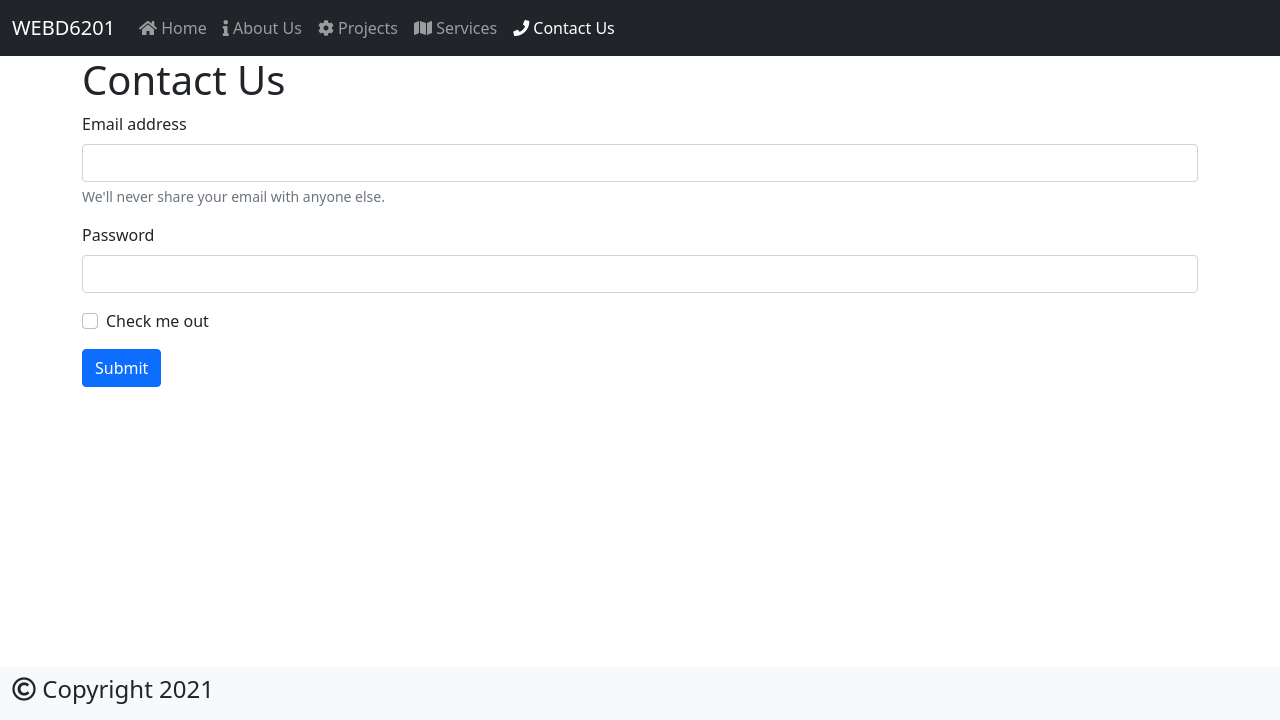
Repository: spencernewellevans/WEBD6201-ICE01
Page: contact.html
An editor plug-in stored every save of this project. The page is shown before and after the next save, followed by the edit.
The browser window is 1280 px wide. The pictures show the whole page.

Above is the page before, as saved 2021-01-22 19:22:12.

### contact.html
<!DOCTYPE html>
<html lang="en">
<head>
    <meta charset="UTF-8">
    <meta name="viewport" content="width=device-width, initial-scale=1.0">
    <title>Contact</title>
    <!-- CSS Section-->
    <link rel="stylesheet" href="./node_modules/bootstrap/dist/css/bootstrap.min.css">
    <link rel="stylesheet" href="./node_modules/@fortawesome/fontawesome-free/css/all.min.css">
    <link rel="stylesheet" href="./Content/app.css">
</head>
<body>
    <!-- Main Header -->
    <header>
        <!-- Main Navigation -->
        <nav class="navbar navbar-expand-lg navbar-dark bg-dark">
            <div class="container-fluid">
              <a class="navbar-brand" href="#=index.html">WEBD6201</a>
              <button class="navbar-toggler" type="button" data-bs-toggle="collapse" data-bs-target="#navbarSupportedContent" aria-controls="navbarSupportedContent" aria-expanded="false" aria-label="Toggle navigation">
                <span class="navbar-toggler-icon"></span>
              </button>
              <div class="collapse navbar-collapse" id="navbarSupportedContent">
                <ul class="navbar-nav me-auto mb-2 mb-lg-0">
                  <li class="nav-item">
                    <a class="nav-link" aria-current="page" href="index.html"><i class="fas fa-home fa-large"></i> Home</a>
                  </li>

                  <li class="nav-item">
                    <a class="nav-link" aria-current="page" href="about.html"><i class="fas fa-info fa-large"></i> About Us</a>
                  </li>

                  <li class="nav-item">
                    <a class="nav-link" aria-current="page" href="projects.html"><i class="fas fa-cog fa-large"></i> Projects</a>
                  </li>

                  <li class="nav-item">
                    <a class="nav-link" aria-current="page" href="services.html"><i class="fas fa-map fa-large"></i> Services</a>
                  </li>

                  <li class="nav-item">
                    <a class="nav-link active" aria-current="page" href="contact.html"><i class="fas fa-phone fa-large"></i> Contact Us</a>
                  </li>
                </ul>
              </div>
            </div>
          </nav>
    </header>

    <!-- Main Content -->
    <main class="container">
        <h1>Contact Us</h1>

        <form>
          <div class="mb-3">
            <label for="exampleInputEmail1" class="form-label">Email address</label>
            <input type="email" class="form-control" id="exampleInputEmail1" aria-describedby="emailHelp">
            <div id="emailHelp" class="form-text">We'll never share your email with anyone else.</div>
          </div>
          <div class="mb-3">
            <label for="exampleInputPassword1" class="form-label">Password</label>
            <input type="password" class="form-control" id="exampleInputPassword1">
          </div>
          <div class="mb-3 form-check">
            <input type="checkbox" class="form-check-input" id="exampleCheck1">
            <label class="form-check-label" for="exampleCheck1">Check me out</label>
          </div>
          <button type="submit" class="btn btn-primary">Submit</button>
        </form>

    </main>

    <!-- Main Footer -->
    <footer>
        <nav class="navbar fixed-bottom navbar-light bg-light">
            <div class="container-fluid">
              <h4><i class="far fa-copyright fa-large"></i> Copyright 2021</h4>
            </div>
          </nav>
    </footer>

    <!-- Script Section -->
    <script src="./node_modules/jquery/dist/jquery.min.js"></script>
    <script src="./node_modules/bootstrap/dist/js/bootstrap.bundle.min.js"></script>
    <script src="./Scripts/app.js"></script>
</body>
</html>

### content/app.css
/* Custom CSS goes here */

### scripts/app.js
/* Custom JavaScript goes here */

// IIFE - Immediately Invoked Function Expression
// Anonymous self-executing expression
// limits scope leak

"use strict";

(function()
{
    function displayHome()
    {
        let paragraphOneText = "This is a simple site to demonstrate DOM manipulation for ICE 1";

        let paragraphOneElement = document.getElementById("paragraphOne");

        paragraphOneElement.textContent = paragraphOneText;
        paragraphOneElement.className = "fs-5"

        // CREATION
        // Step 1. create the element
        let newParagraph = document.createElement("p");
        // Step 2. configure the element
        newParagraph.setAttribute("id","paragraphTwo");
        newParagraph.textContent = "...And this is paragraph two"
        // Step 3. select parent element
        let mainContent = document.getElementsByTagName("main")[0];
        // Step 3. insert the element
        mainContent.appendChild(newParagraph);
        newParagraph.className = "fs-6";

        let paragraphDiv = document.createElement("div");
        let paragraphThree =  `<p id="paragraphThree" class="fs-7 fw-bold">And this is the third paragraph</p>`;
        paragraphDiv.innerHTML = paragraphThree;

        // INSERTION
        // insertion before a node example
        //newParagraph.before(paragraphDiv);

        // insertion after a node example
        newParagraph.after(paragraphDiv);

        // DELETION
        // example of removing a single element
        //paragraphOneElement.remove();

        // removeChild example
        mainContent.removeChild(paragraphOneElement);

        // MODIFICATION
        //mainContent.firstElementChild.textContent = "Welcome Home!"
        mainContent.innerHTML =
        `<h1 id="firstHeading">Welcome to WEBD6201 - Lab 1</h1>
        <p id="paragraphOne" class="fs-3">This is the first paragraph</p>
        `;
    }

    function displayAbout()
    {

    }

    function displayProjects()
    {

    }

    function displayServices()
    {

    }

    function displayContact()
    {

    }

    function Start()
    {
        console.log("App Started...");

        switch (document.title)
        {
          case "Home":
            displayHome();
            break;
          case "About":
            displayAbout();
            break;
          case "Projects":
            displayProjects();
            break;
          case "Services":
            displayServices();
            break;
          case "Contact":
            displayContact();
            break;
        }



    }

    window.addEventListener("load", Start);

})();

Loaded but not shown: node_modules/bootstrap/dist/css/bootstrap.min.css (library); node_modules/@fortawesome/fontawesome-free/css/all.min.css (library); node_modules/jquery/dist/jquery.min.js (library); node_modules/bootstrap/dist/js/bootstrap.bundle.min.js (library)

After the next save:
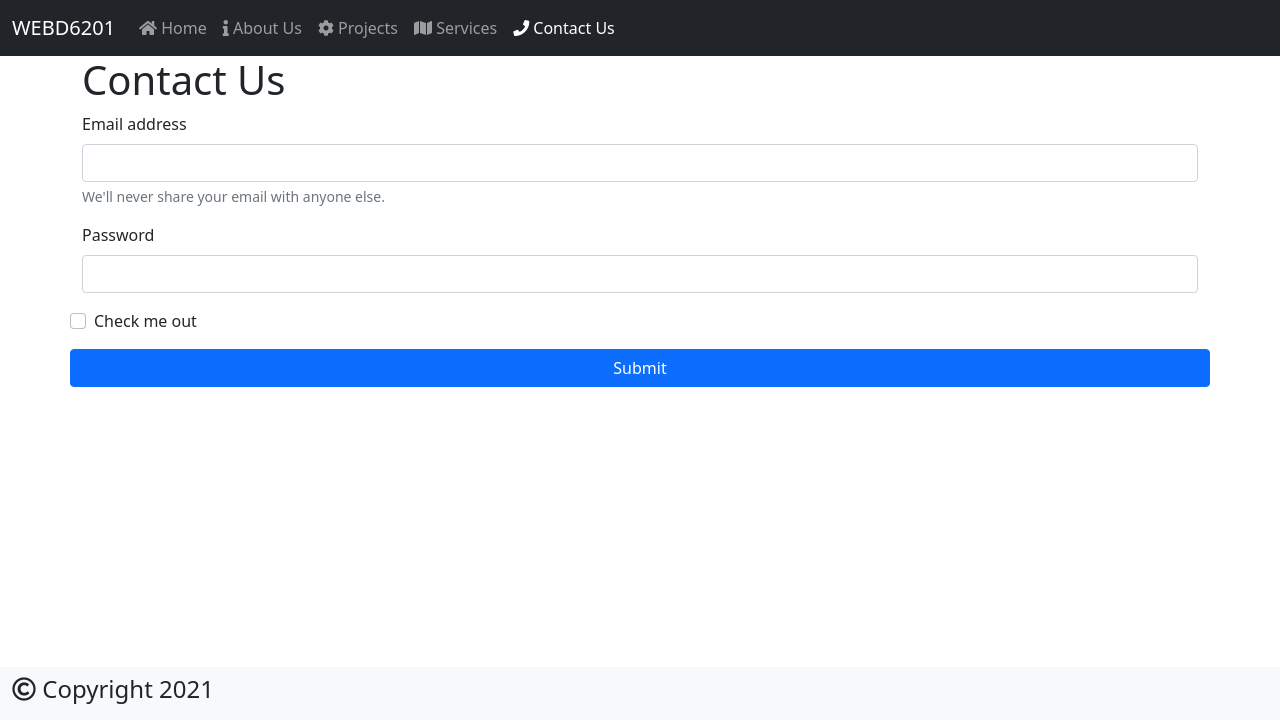
Saved 6 min 48 s later.
--- a/contact.html
+++ b/contact.html
@@ -50,7 +50,7 @@
     <main class="container">
         <h1>Contact Us</h1>
 
-        <form>
+        <form class="row">
           <div class="mb-3">
             <label for="exampleInputEmail1" class="form-label">Email address</label>
             <input type="email" class="form-control" id="exampleInputEmail1" aria-describedby="emailHelp">

After the save that followed:
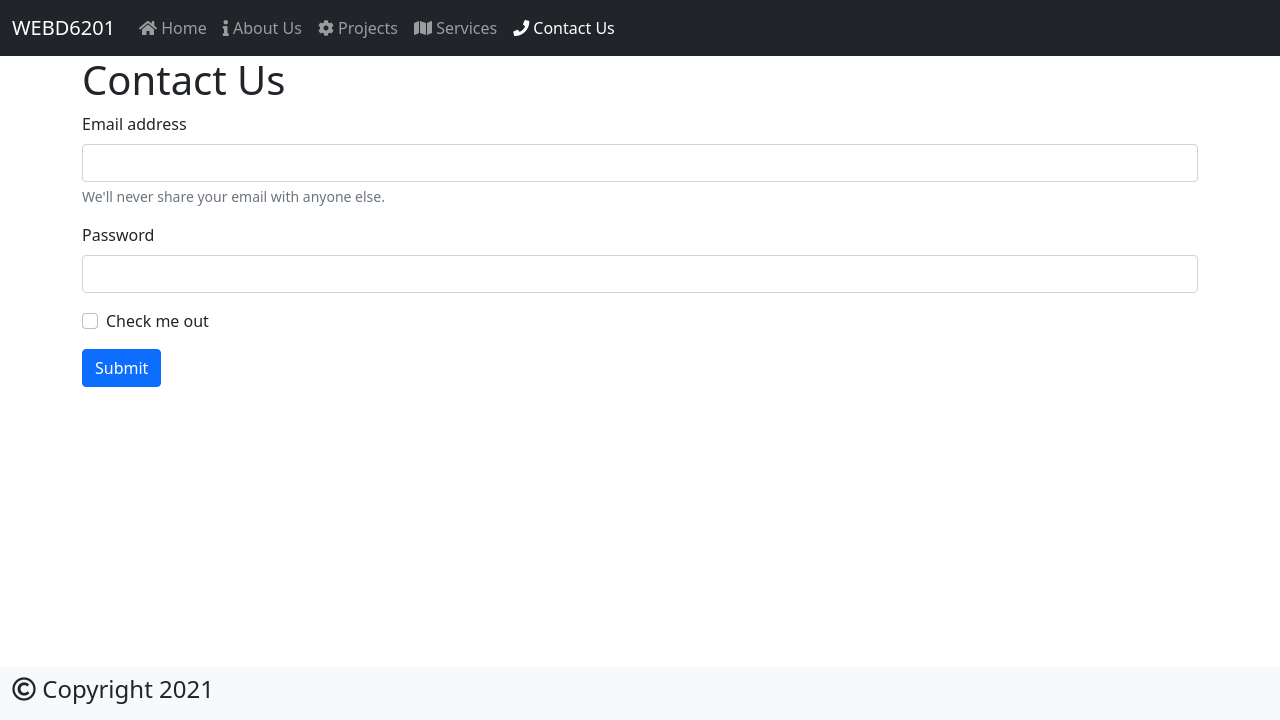
Saved 60 s later.
--- a/contact.html
+++ b/contact.html
@@ -50,22 +50,25 @@
     <main class="container">
         <h1>Contact Us</h1>
 
-        <form class="row">
-          <div class="mb-3">
-            <label for="exampleInputEmail1" class="form-label">Email address</label>
-            <input type="email" class="form-control" id="exampleInputEmail1" aria-describedby="emailHelp">
-            <div id="emailHelp" class="form-text">We'll never share your email with anyone else.</div>
-          </div>
-          <div class="mb-3">
-            <label for="exampleInputPassword1" class="form-label">Password</label>
-            <input type="password" class="form-control" id="exampleInputPassword1">
-          </div>
-          <div class="mb-3 form-check">
-            <input type="checkbox" class="form-check-input" id="exampleCheck1">
-            <label class="form-check-label" for="exampleCheck1">Check me out</label>
-          </div>
-          <button type="submit" class="btn btn-primary">Submit</button>
-        </form>
+        <div class="row">
+          <form>
+            <div class="mb-3">
+              <label for="exampleInputEmail1" class="form-label">Email address</label>
+              <input type="email" class="form-control" id="exampleInputEmail1" aria-describedby="emailHelp">
+              <div id="emailHelp" class="form-text">We'll never share your email with anyone else.</div>
+            </div>
+            <div class="mb-3">
+              <label for="exampleInputPassword1" class="form-label">Password</label>
+              <input type="password" class="form-control" id="exampleInputPassword1">
+            </div>
+            <div class="mb-3 form-check">
+              <input type="checkbox" class="form-check-input" id="exampleCheck1">
+              <label class="form-check-label" for="exampleCheck1">Check me out</label>
+            </div>
+            <button type="submit" class="btn btn-primary">Submit</button>
+          </form>
+        </div>
+
 
     </main>
 
